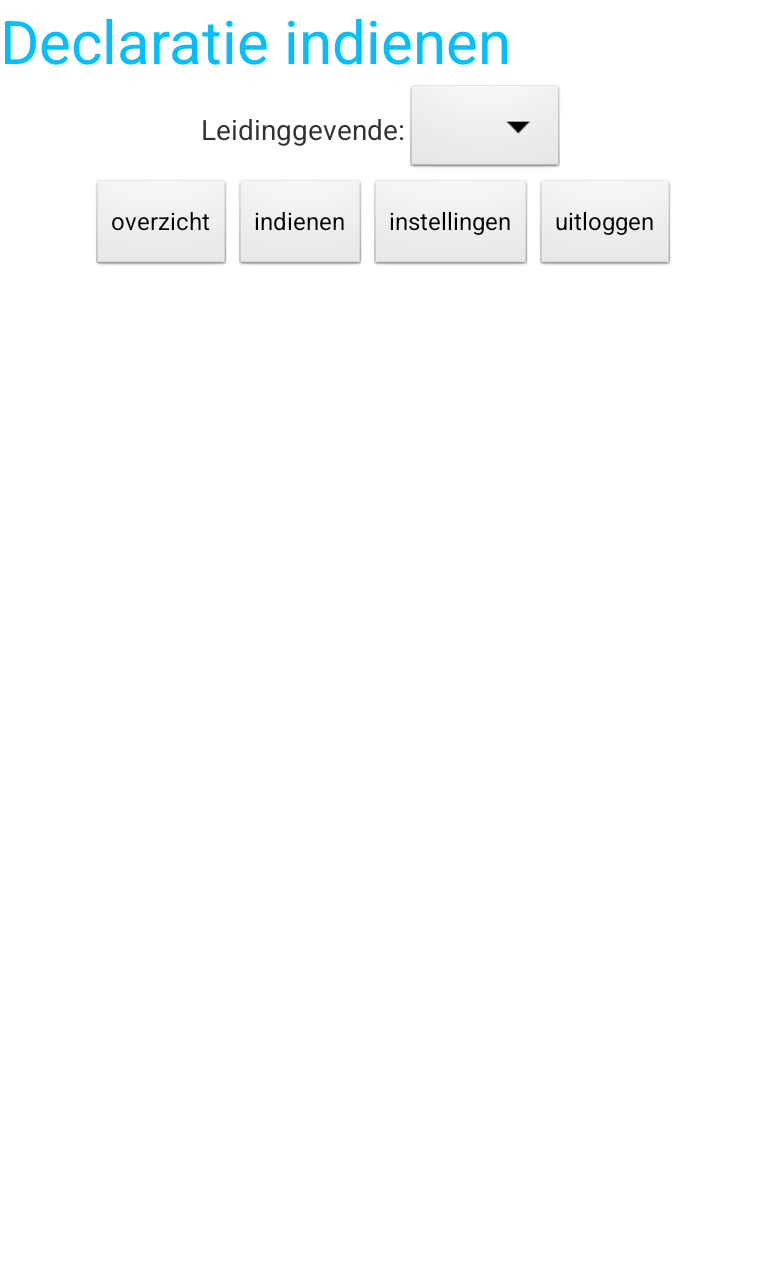
Repository: alexanderbolhuis/ilmoitus_mobile
Layout: LoginActivity/res/layout/activity_declare.xml
The author's editor kept a copy of each file at every save. The layout is drawn from the files as they stood at one save, then again after the next save.
It is drawn on a 768 x 1280 px phone screen (xhdpi) without system bars, with theme AppTheme; the app's code is not run.

Above is the layout before, as saved 2014-05-04 17:43:13.

After the next save:
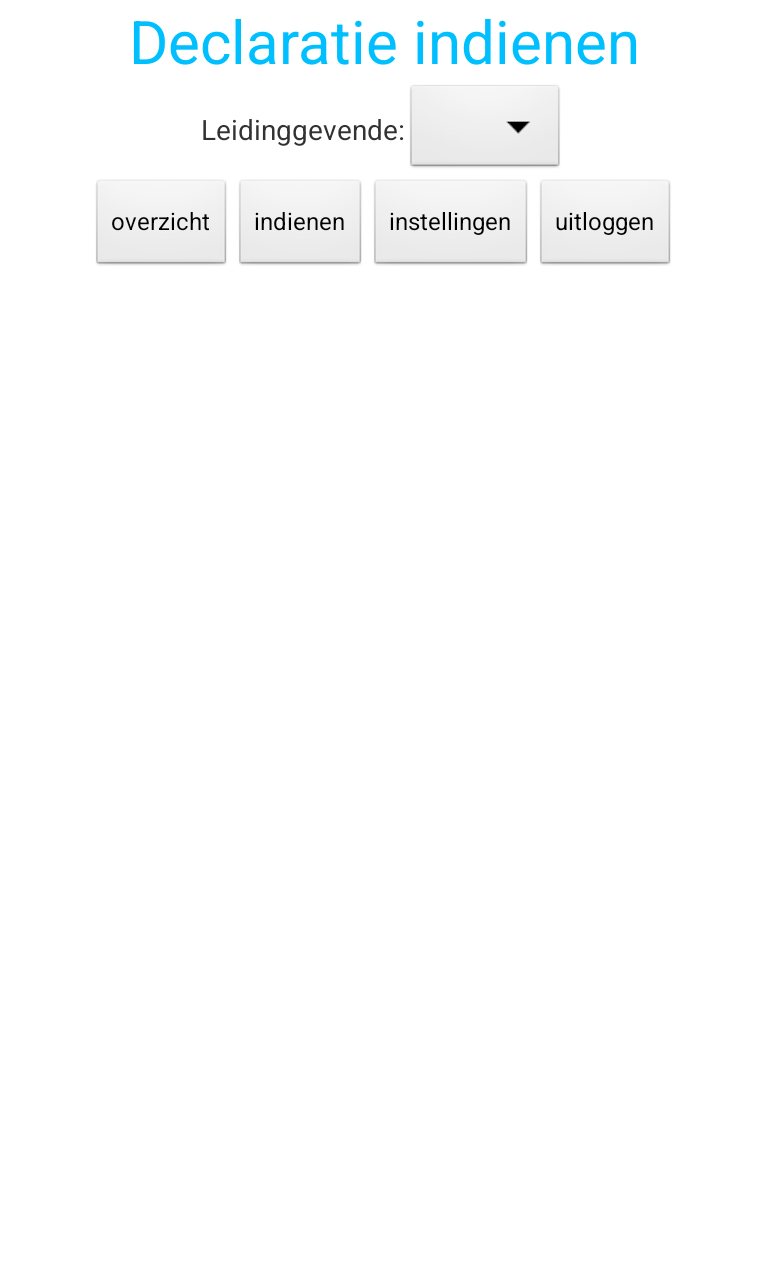
Saved 100 s later.
--- a/LoginActivity/res/layout/activity_declare.xml
+++ b/LoginActivity/res/layout/activity_declare.xml
@@ -11,7 +11,8 @@
         android:layout_height="wrap_content"
         android:text="Declaratie indienen"
         android:textColor="#00BFFF"
-        android:textSize="30dp" />
+        android:textSize="30dp"
+        android:gravity="center" />
 
     <TableRow
         android:id="@+id/tableRow1"
